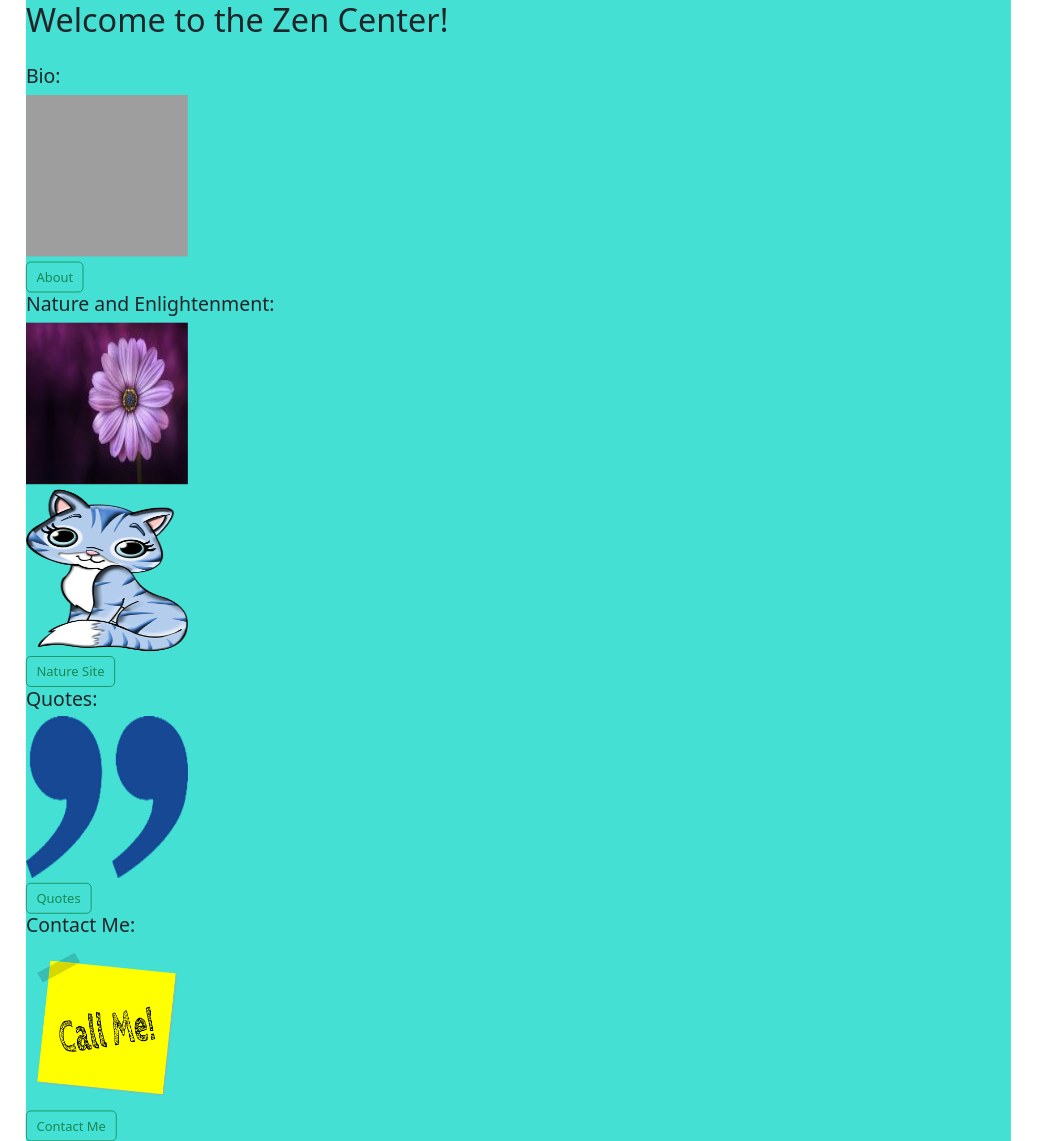
Repository: collegedude9300/zenstationnext
Page: /
An editor plug-in stored every save of this project. The page is shown before and after the next save, followed by the edit.
The browser window is 1280 px wide. The pictures show the whole page, at 81% of full size.
Pictures or frames that could not be fetched are drawn as grey boxes. The project was rebuilt for these pictures with package versions that can differ from the ones it lists, and the page was loaded fresh each time. The framework's server and built-in components were replaced by stand-ins that run in the browser. Also part of the build but not shown: next.config.js.

Above is the page before, as saved 2022-10-11 07:38:45.

After the next save:
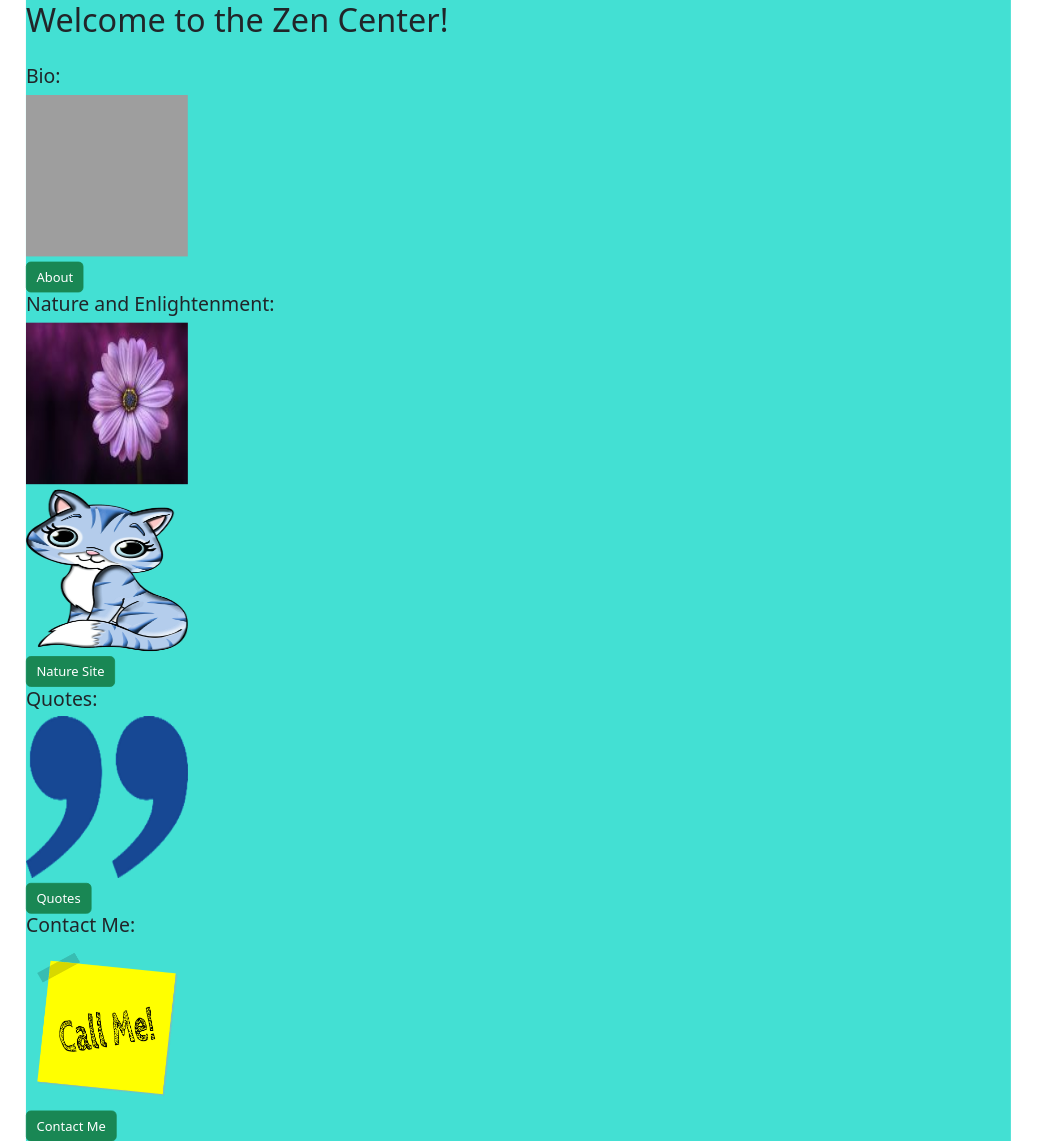
Saved 54 s later.
--- a/pages/index.js
+++ b/pages/index.js
@@ -17,21 +17,21 @@ export default function Home() {
         <h4>Bio: </h4>
         <Image  alt="A black book in a grey background."src="/bout.jpg" width="200" height="200"/>
         <br/>
-        <a href="/About" class="btn btn-outline-success"> About</a>
+        <a href="/About" class="btn btn-success"> About</a>
         <h4> Nature and Enlightenment: </h4>
         <Image  alt="A small purple flower ."src="/flower.jpg" width="200" height="200"/>
         <br/>
         <Image  alt="An animated blue cat."src="/cartooncat.png" width="200" height="200"/>
         <br/>
-        <a href="/MenuNature" class="btn btn-outline-success"> Nature Site</a>
+        <a href="/MenuNature" class="btn btn-success"> Nature Site</a>
         <h4> Quotes: </h4>
         <Image alt="asdf" src="/quotes.png" width="200" height="200"/>
         <br/>
-        <a href="Quotes" class="btn btn-outline-success"> Quotes</a>
+        <a href="Quotes" class="btn btn-success"> Quotes</a>
         <h4>Contact Me: </h4>
         <Image  alt="A yellow sticky note saying Call Me."src="/contact.png" width="200" height="200"/>
         <br/>
-        <a href="Contact" class="btn btn-outline-success"> Contact Me</a>
+        <a href="Contact" class="btn btn-success"> Contact Me</a>
       </main>
     </div>
   )
